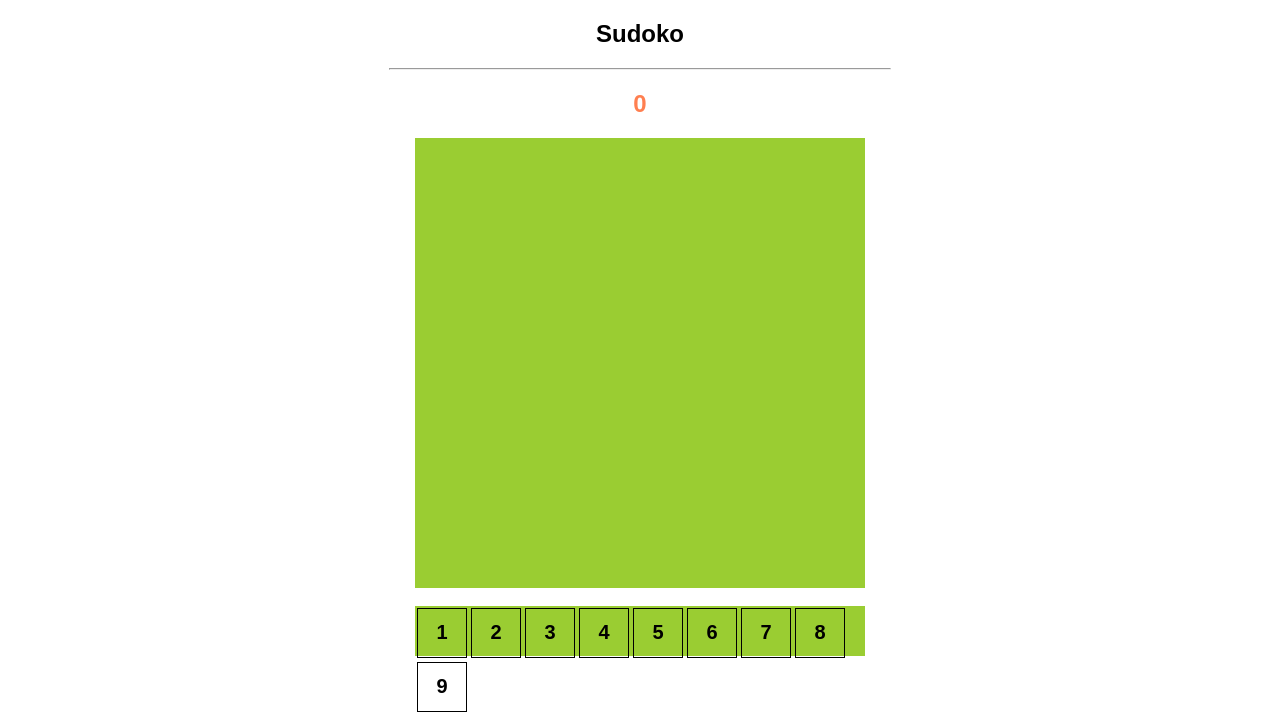
Repository: divyaravada/javascript-games
Page: sudoko/sudoko.html
These files come from the project's save history. The page is drawn as it stood at one moment and after the next save; the edit follows.
The browser window is 1280 px wide. The pictures show the whole page.

Above is the page before, as saved 2022-03-15 17:59:52.

### sudoko/sudoko.html
<!DOCTYPE html>
<html>
  <head>
    <meta charset="UTF-8" />
    <meta
      name="viewport"
      content="width=device-width"
      initial-scale="1.0"
      user-scalable="no"
    />
    <title>Sudoko Game</title>
    <link rel="stylesheet" href="./sudoko.css" />
  </head>
  <body>
    <h2>Sudoko</h2>
    <hr />
    <h2 id="errors">0</h2>

    <!-- 9x9 board-->
    <div id="board"></div>
    <br />
    <div id="digits"></div>

    <script src="./sudoko.js"></script>
  </body>
</html>

### sudoko/sudoko.css
body {
  font-family: Arial, Helvetica, sans-serif;
  text-align: center;
}
hr {
  width: 500px;
}
#errors {
  color: coral;
}
#board {
  width: 450px;
  height: 450px;

  background-color: yellowgreen;
  margin: 0 auto;
  display: flex;
  flex-wrap: wrap;
}
#digits {
  width: 450px;
  height: 50px;

  background-color: yellowgreen;
  margin: 0 auto;
  display: flex;
  flex-wrap: wrap;
}
.tile {
  width: 48px;
  height: 48px;
  border: 1px solid lightgray;

  font-size: 20px;
  font-weight: bold;
  display: flex;
  justify-content: center;
  align-items: center;
}
.number {
  width: 48px;
  height: 48px;
  border: 1px solid black;
  margin: 2px;

  font-size: 20px;
  font-weight: bold;
  display: flex;
  justify-content: center;
  align-items: center;
}

### sudoko/sudoko.js
var numSelected = null;
var titleSelected = null;
var errors = 0;

var board = [
  "--74916-5",
  "2---6-3-9",
  "-----7-1-",
  "-586----4",
  "--3----9-",
  "--62--187",
  "9-4-7---2",
  "67-83----",
  "81--45---",
];
var solutions = [
  "387491625",
  "241568379",
  "569327418",
  "758619234",
  "123784596",
  "496253187",
  "934176852",
  "675832941",
  "812945763",
];

window.onload = function () {
  setGame();
};

function setGame() {
  //digits 1-9
  for (let i = 1; i <= 9; i++) {
    let number = document.createElement("div");
    number.id = i;
    number.innerText = i;
    number.classList.add("number");
    document.getElementById("digits").appendChild(number);
  }
}

After the next save:
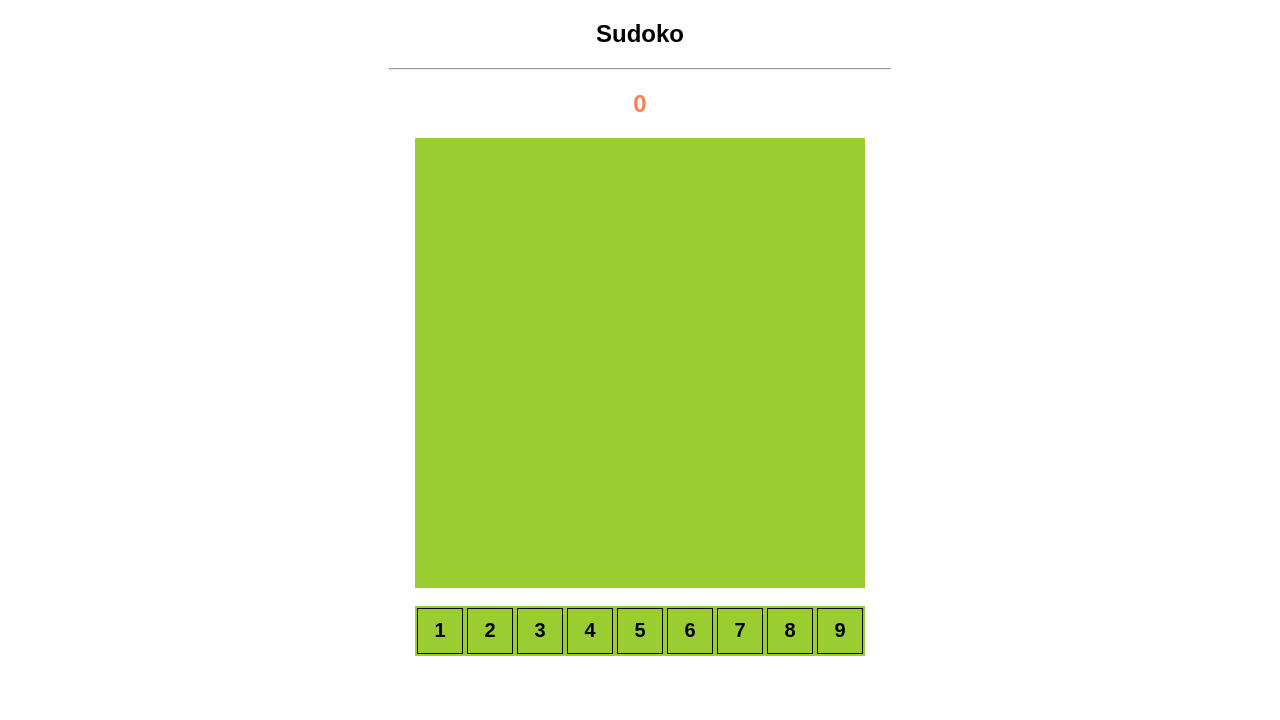
Saved 22 s later.
--- a/sudoko/sudoko.css
+++ b/sudoko/sudoko.css
@@ -38,8 +38,8 @@ hr {
   align-items: center;
 }
 .number {
-  width: 48px;
-  height: 48px;
+  width: 44px;
+  height: 44px;
   border: 1px solid black;
   margin: 2px;
 
